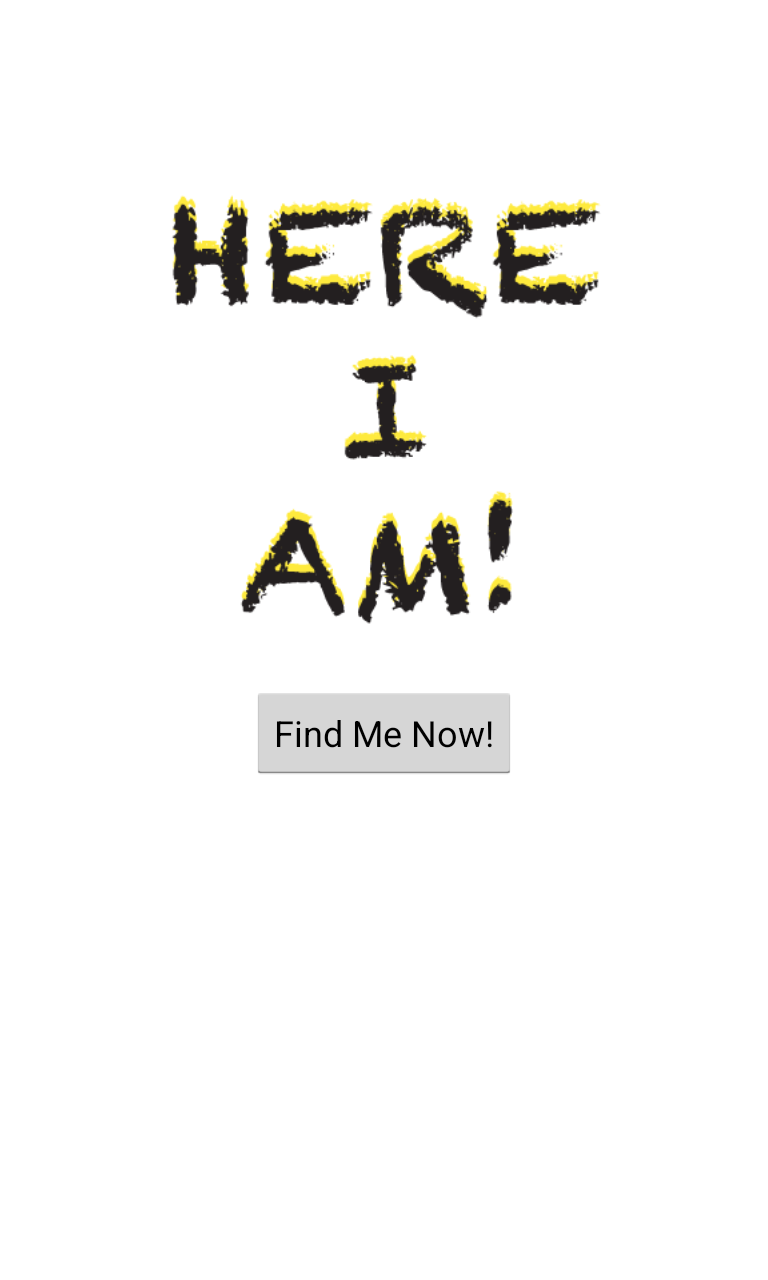
Repository: scottcaruso/MDF3_widgets_and_action_bars
Layout: HereIAm/res/layout/activity_main.xml
An editor plug-in stored every save of this project. The layout is shown before and after the next save, followed by the edit.
It is drawn on a 768 x 1280 px phone screen (xhdpi) without system bars, with theme AppTheme; the app's code is not run.

Above is the layout before, as saved 2013-09-18 01:19:04.

### HereIAm/res/layout/activity_main.xml
<RelativeLayout xmlns:android="http://schemas.android.com/apk/res/android"
    xmlns:tools="http://schemas.android.com/tools"
    android:layout_width="match_parent"
    android:layout_height="match_parent"
    android:paddingBottom="@dimen/activity_vertical_margin"
    android:paddingLeft="@dimen/activity_horizontal_margin"
    android:paddingRight="@dimen/activity_horizontal_margin"
    android:paddingTop="@dimen/activity_vertical_margin"
    tools:context=".MainActivity" >

    <Button
        android:id="@+id/findmebutton"
        android:layout_width="wrap_content"
        android:layout_height="wrap_content"
        android:layout_alignBottom="@+id/logo"
        android:layout_centerHorizontal="true"
        android:text="@string/find_me_now_" />

    <ImageView
        android:id="@+id/logo"
        android:layout_width="wrap_content"
        android:contentDescription="@string/main_logo"
        android:layout_height="wrap_content"
        android:layout_alignParentTop="true"
        android:layout_centerHorizontal="true"
        android:layout_marginTop="33dp"
        android:src="@drawable/here_i_am_logo" />

</RelativeLayout>

### HereIAm/res/values/styles.xml
<resources>

    <!--
        Base application theme, dependent on API level. This theme is replaced
        by AppBaseTheme from res/values-vXX/styles.xml on newer devices.
    -->
    <style name="AppBaseTheme" parent="android:Theme.Light">
        <!--
            Theme customizations available in newer API levels can go in
            res/values-vXX/styles.xml, while customizations related to
            backward-compatibility can go here.
        -->
    </style>

    <!-- Application theme. -->
    <style name="AppTheme" parent="AppBaseTheme">
        <!-- All customizations that are NOT specific to a particular API-level can go here. -->
    </style>

</resources>

### HereIAm/res/values/strings.xml
<?xml version="1.0" encoding="utf-8"?>
<resources>

    <string name="app_name">Here I Am</string>
    <string name="action_settings">Settings</string>
    <string name="hello_world">Hello world!</string>
    <string name="find_me_now_">Find Me Now!</string>
    <string name="placeholder_status_update_string_">Placeholder status update string.</string>
    <string name="post_to_facebook">Post to Facebook</string>
    <string name="post_to_twitter">Post to Twitter</string>
    <string name="main_logo">Main Logo</string>
    <string name="placeholder">Placeholder Picture</string>
    <string name="about">About</string>
    <string name="test_option_1">Test Option 1</string>

    <string-array name="action_list">
		<item>Here I Am</item>
		<item>Tweets</item>
		<item>Facebook Posts</item>
	</string-array>

</resources>

Loaded but not shown: HereIAm/res/values-v11/styles.xml (common file); HereIAm/res/values-v14/styles.xml (common file); HereIAm/res/values/dimens.xml (common file)

After the next save:
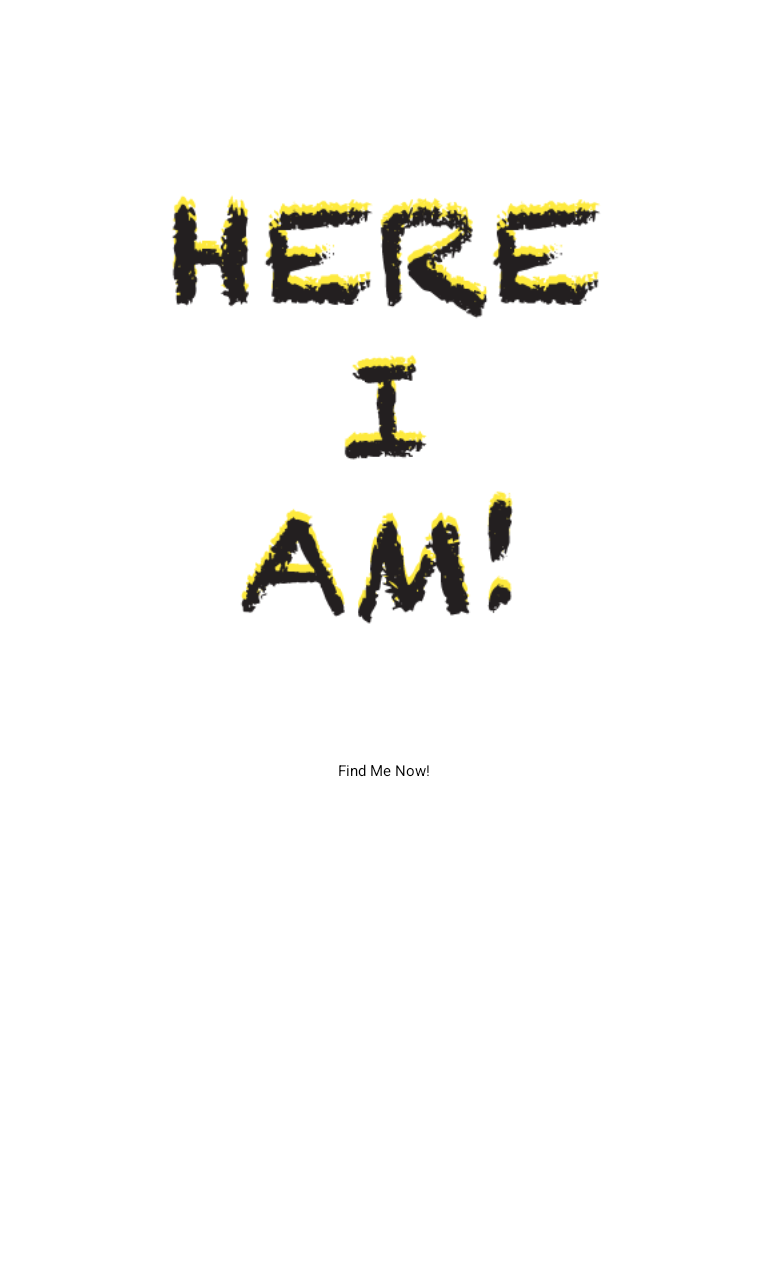
Saved 4 min 47 s later.
--- a/HereIAm/res/values/styles.xml
+++ b/HereIAm/res/values/styles.xml
@@ -13,7 +13,7 @@
     </style>
 
     <!-- Application theme. -->
-    <style name="AppTheme" parent="AppBaseTheme">
+    <style name="AppTheme" parent="Theme.Holo.Light">
         <!-- All customizations that are NOT specific to a particular API-level can go here. -->
     </style>
 
